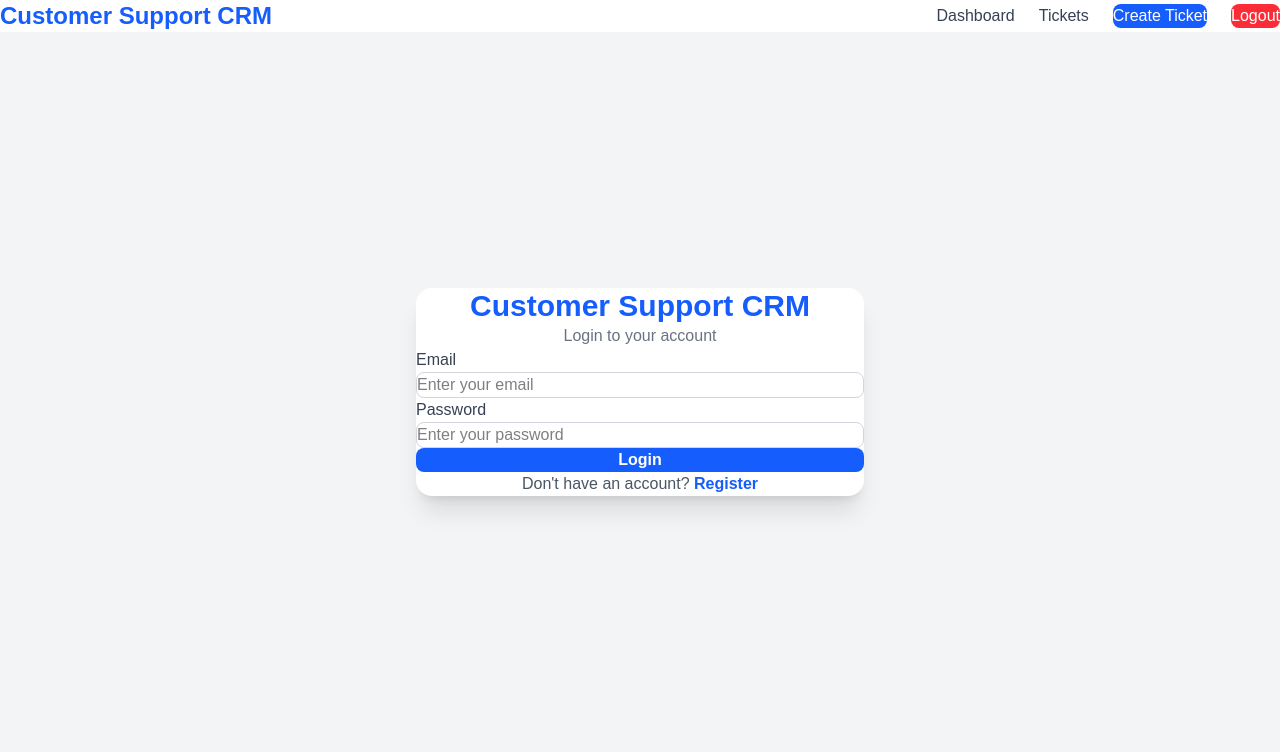
Repository: DeveshPatill/customer-support-crm-application
Page: / (app in client/client/)
The author's editor kept a copy of each file at every save. The page is drawn from the files as they stood at one save, then again after the next save.
The browser window is 1280 px wide. The pictures show the whole page.
The project was rebuilt for these pictures with package versions that can differ from the ones it lists, and the page was loaded fresh each time. Also part of the build but not shown: client/client/vite.config.js, client/client/src/pages/Register.jsx, client/client/src/pages/Dashboard.jsx, client/client/src/pages/Tickets.jsx, client/client/src/pages/CreateTicket.jsx, client/client/src/pages/TicketDetails.jsx, client/client/src/components/ProtectedRoute.jsx.

Above is the page before, as saved 2026-07-17 12:16:13.

### client/client/index.html
<!doctype html>
<html lang="en">
  <head>
    <meta charset="UTF-8" />
    <link rel="icon" type="image/svg+xml" href="/favicon.svg" />
    <meta name="viewport" content="width=device-width, initial-scale=1.0" />
    <title>client</title>
  </head>
  <body>
    <div id="root"></div>
    <script type="module" src="/src/main.jsx"></script>
  </body>
</html>

### client/client/src/App.jsx
// import { BrowserRouter, Routes, Route } from "react-router-dom";
// import ProtectedRoute from "./components/ProtectedRoute";
// import Login from "./pages/Login";
// import Dashboard from "./pages/Dashboard";
// import Navbar from "./components/Navbar";
// import Tickets from "./pages/Tickets";
// import CreateTicket from "./pages/CreateTicket";
// import TicketDetails from "./pages/TicketDetails";
// import { Toaster } from "react-hot-toast";
// import toast from "react-hot-toast";
// toast.success("Success");
// toast.error("Error");
// import Register from "./pages/Register";

// function App() {
//   return (
//     <BrowserRouter>
//      <Toaster position="top-right" />
//       <Navbar />

//       <Routes>
//         <Route path="/" element={<Login />} />
//         <Route path="/register" element={<Register />} />
//         <Route path="/dashboard" element={<Dashboard />} />
//         <Route path="/tickets" element={<Tickets />} />
//         <Route path="/tickets/new" element={<CreateTicket />} />
//         <Route path="/tickets/:id" element={<TicketDetails />} />

//       </Routes>
//     </BrowserRouter>
//   );
// }

// export default App;

import { BrowserRouter, Routes, Route } from "react-router-dom";

import Login from "./pages/Login";
import Register from "./pages/Register";
import Dashboard from "./pages/Dashboard";
import Tickets from "./pages/Tickets";
import CreateTicket from "./pages/CreateTicket";
import TicketDetails from "./pages/TicketDetails";

import Navbar from "./components/Navbar";
import ProtectedRoute from "./components/ProtectedRoute";

import { Toaster } from "react-hot-toast";

function App() {
  return (
    <BrowserRouter>
      <Toaster position="top-right" />

      <Navbar />

      <Routes>
        <Route path="/" element={<Login />} />
        <Route path="/login" element={<Login />} />
        <Route path="/register" element={<Register />} />

        <Route
          path="/dashboard"
          element={
            <ProtectedRoute>
              <Dashboard />
            </ProtectedRoute>
          }
        />

        <Route
          path="/tickets"
          element={
            <ProtectedRoute>
              <Tickets />
            </ProtectedRoute>
          }
        />

        <Route
          path="/tickets/new"
          element={
            <ProtectedRoute>
              <CreateTicket />
            </ProtectedRoute>
          }
        />

        <Route
          path="/tickets/:id"
          element={
            <ProtectedRoute>
              <TicketDetails />
            </ProtectedRoute>
          }
        />
      </Routes>
    </BrowserRouter>
  );
}

export default App;

### client/client/src/index.css
@import "tailwindcss";

* {
  margin: 0;
  padding: 0;
  box-sizing: border-box;
}

html,
body,
/* #root {
  width: 100%;
  min-height: 100vh;
} */

body {
  background-color: #f3f4f6;
  font-family: sans-serif;
}

### client/client/src/pages/Login.jsx
// import { useState } from "react";
// import { useNavigate } from "react-router-dom";
// import api from "../services/api";
// import toast from "react-hot-toast";

// function Login() {
//     const navigate = useNavigate();

//     const [formData, setFormData] = useState({
//         email: "",
//         password: ""
//     });

//     const handleChange = (e) => {
//         setFormData({
//             ...formData,
//             [e.target.name]: e.target.value
//         });
//     };

//     const handleSubmit = async (e) => {
//         e.preventDefault();

//         try {
//             const response = await api.post(
//                 "/auth/login",
//                 formData
//             );
//             console.log(response.data);
//             localStorage.setItem(
//                 "token",
//                 response.data.token
//             );
//             console.log("Stored token:", localStorage.getItem("token"));
//             localStorage.setItem(
//                 "user",
//                 JSON.stringify(response.data.user)
//             );

//             toast.success("Login successful");

//             navigate("/dashboard");

//         } catch (error) {

//             toast.error(
//                 error.response?.data?.message ||
//                 "Login failed"
//             );
//         }
//     };

//     return (
//         <div>
//             <h1>Login</h1>

//             <form onSubmit={handleSubmit}>
//                 <input
//                     type="email"
//                     name="email"
//                     placeholder="Email"
//                     onChange={handleChange}
//                 />

//                 <br /><br />

//                 <input
//                     type="password"
//                     name="password"
//                     placeholder="Password"
//                     onChange={handleChange}
//                 />

//                 <br /><br />

//                 <button type="submit">
//                     Login
//                 </button>
//             </form>
//         </div>
//     );
// }

// export default Login;

import { useState } from "react";
import { useNavigate, Link } from "react-router-dom";
import api from "../services/api";
import toast from "react-hot-toast";

function Login() {
    const navigate = useNavigate();

    const [formData, setFormData] = useState({
        email: "",
        password: ""
    });

    const handleChange = (e) => {
        setFormData({
            ...formData,
            [e.target.name]: e.target.value
        });
    };

    const handleSubmit = async (e) => {
        e.preventDefault();

        try {
            const response = await api.post(
                "/auth/login",
                formData
            );

            localStorage.setItem(
                "token",
                response.data.token
            );

            localStorage.setItem(
                "user",
                JSON.stringify(response.data.user)
            );

            toast.success("Login successful");

            navigate("/dashboard");

        } catch (error) {
            toast.error(
                error.response?.data?.message ||
                "Login failed"
            );
        }
    };

    return (
        <div className="min-h-screen flex items-center justify-center bg-gray-100 px-4">
            <div className="bg-white shadow-xl rounded-2xl p-8 w-full max-w-md">

                <h1 className="text-3xl font-bold text-center text-blue-600 mb-2">
                    Customer Support CRM
                </h1>

                <p className="text-center text-gray-500 mb-8">
                    Login to your account
                </p>

                <form onSubmit={handleSubmit} className="space-y-5">

                    <div>
                        <label className="block mb-2 text-gray-700 font-medium">
                            Email
                        </label>

                        <input
                            type="email"
                            name="email"
                            placeholder="Enter your email"
                            value={formData.email}
                            onChange={handleChange}
                            className="w-full border border-gray-300 rounded-lg p-3 focus:outline-none focus:ring-2 focus:ring-blue-500"
                            required
                        />
                    </div>

                    <div>
                        <label className="block mb-2 text-gray-700 font-medium">
                            Password
                        </label>

                        <input
                            type="password"
                            name="password"
                            placeholder="Enter your password"
                            value={formData.password}
                            onChange={handleChange}
                            className="w-full border border-gray-300 rounded-lg p-3 focus:outline-none focus:ring-2 focus:ring-blue-500"
                            required
                        />
                    </div>

                    <button
                        type="submit"
                        className="w-full bg-blue-600 text-white py-3 rounded-lg font-semibold hover:bg-blue-700 transition duration-300"
                    >
                        Login
                    </button>

                    <p className="text-center text-gray-600">
                        Don't have an account?{" "}
                        <Link
                            to="/register"
                            className="text-blue-600 font-semibold hover:underline"
                        >
                            Register
                        </Link>
                    </p>

                </form>
            </div>
        </div>
    );
}

export default Login;

### client/client/src/components/Navbar.jsx
// import { useNavigate } from "react-router-dom";

// function Navbar() {
//     const navigate = useNavigate();

//     const handleLogout = () => {
//         localStorage.removeItem("token");
//         localStorage.removeItem("user");

//         navigate("/login");
//     };

//     return (
//         <nav>
//             <h2>Customer Support CRM</h2>

//             <button onClick={handleLogout}>
//                 Logout
//             </button>
//         </nav>
//     );
// }

// export default Navbar;

import { useNavigate, Link } from "react-router-dom";

function Navbar() {
    const navigate = useNavigate();

    const handleLogout = () => {
        localStorage.removeItem("token");
        localStorage.removeItem("user");

        navigate("/login");
    };

    return (
        <nav className="bg-white shadow-md px-8 py-4">
            <div className="max-w-7xl mx-auto flex justify-between items-center">

                {/* Logo */}
                <Link
                    to="/dashboard"
                    className="text-2xl font-bold text-blue-600"
                >
                    Customer Support CRM
                </Link>

                {/* Navigation Links */}
                <div className="flex items-center gap-6">

                    <Link
                        to="/dashboard"
                        className="text-gray-700 hover:text-blue-600 font-medium transition"
                    >
                        Dashboard
                    </Link>

                    <Link
                        to="/tickets"
                        className="text-gray-700 hover:text-blue-600 font-medium transition"
                    >
                        Tickets
                    </Link>

                    <Link
                        to="/tickets/new"
                        className="bg-blue-600 text-white px-4 py-2 rounded-lg hover:bg-blue-700 transition"
                    >
                        Create Ticket
                    </Link>

                    <button
                        onClick={handleLogout}
                        className="bg-red-500 text-white px-4 py-2 rounded-lg hover:bg-red-600 transition"
                    >
                        Logout
                    </button>

                </div>

            </div>
        </nav>
    );
}

export default Navbar;

### client/client/src/services/api.js
import axios from "axios";

const api = axios.create({
    baseURL: "http://localhost:5000/api"
});

api.interceptors.request.use((config) => {
    const token = localStorage.getItem("token");

    if (token) {
        config.headers.Authorization = `Bearer ${token}`;
    }

    return config;
});

export default api;

Loaded but not shown: client/client/src/main.jsx (common file)

After the next save:
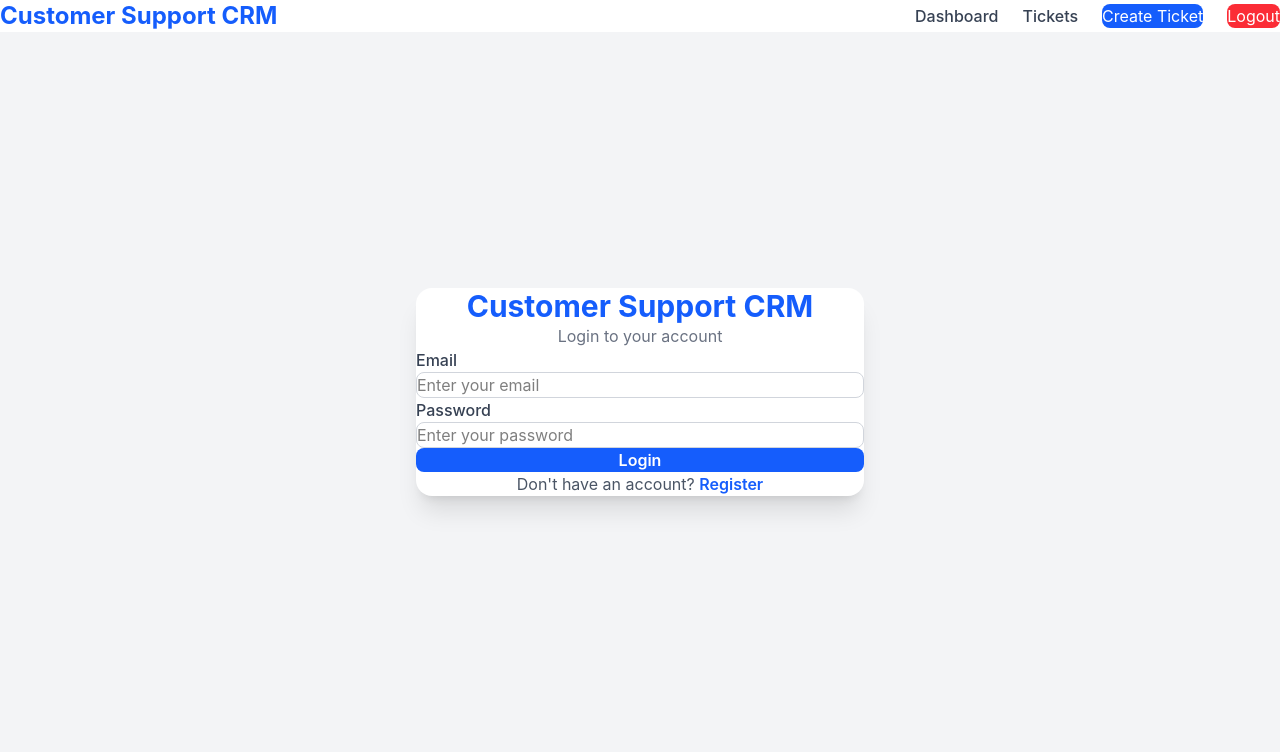
Saved 56 s later.
--- a/client/client/src/index.css
+++ b/client/client/src/index.css
@@ -8,12 +8,21 @@
 
 html,
 body,
-/* #root {
+#root {
   width: 100%;
   min-height: 100vh;
-} */
+}
 
 body {
   background-color: #f3f4f6;
-  font-family: sans-serif;
+  font-family: Inter, system-ui, sans-serif;
+  overflow-x: hidden;
 }
+
+a {
+  text-decoration: none;
+}
+
+button {
+  cursor: pointer;
+}
